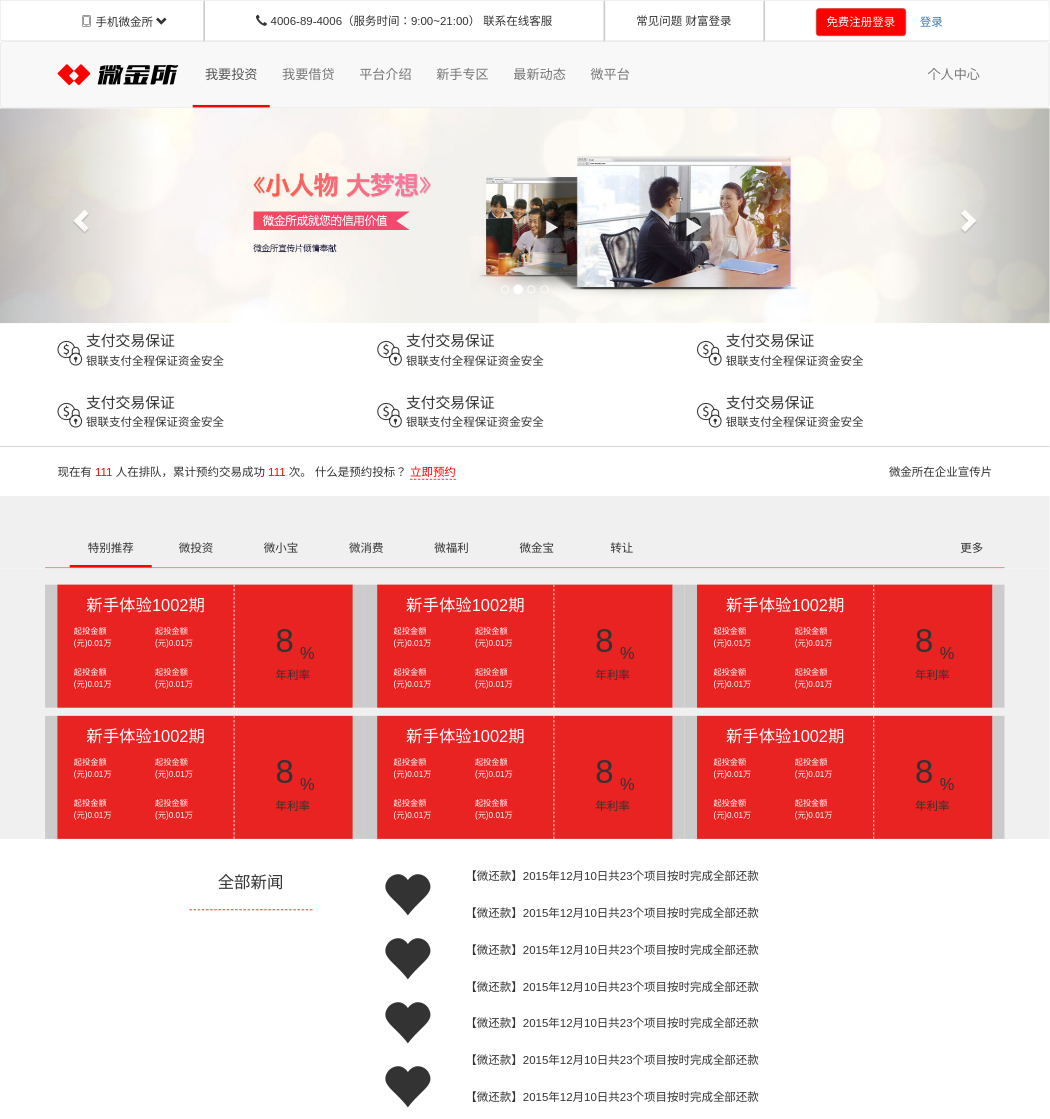
Repository: pwy114pwy/project_02
Page: 菜单.html
These files come from the project's save history. The page is drawn as it stood at one moment and after the next save; the edit follows.
The browser window is 1280 px wide. The pictures show the whole page, at 82% of full size.
The style sheet was rebuilt from its Sass, Less or Tailwind sources for each picture, by a compiler version that may differ from the author's.

Above is the page before, as saved 2022-11-23 18:18:26.

After the next save:
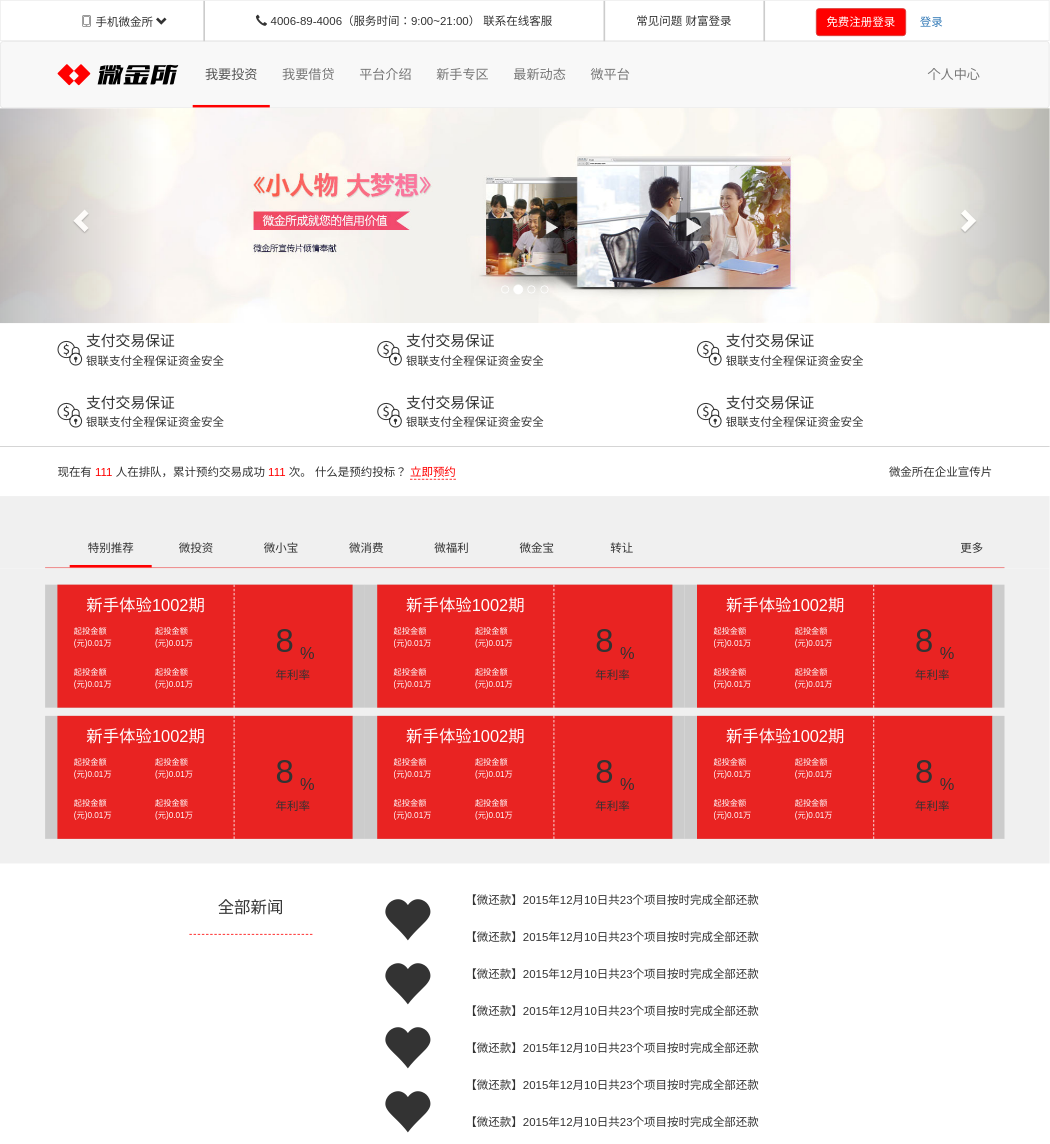
Saved 34 s later.
--- a/css/01.less
+++ b/css/01.less
@@ -217,7 +217,7 @@
 
     .row{
         padding-top: 10px;
-        // padding-bottom: 30px;
+        padding-bottom: 30px;
         >div{
             margin-top: 10px;
             position: relative;
